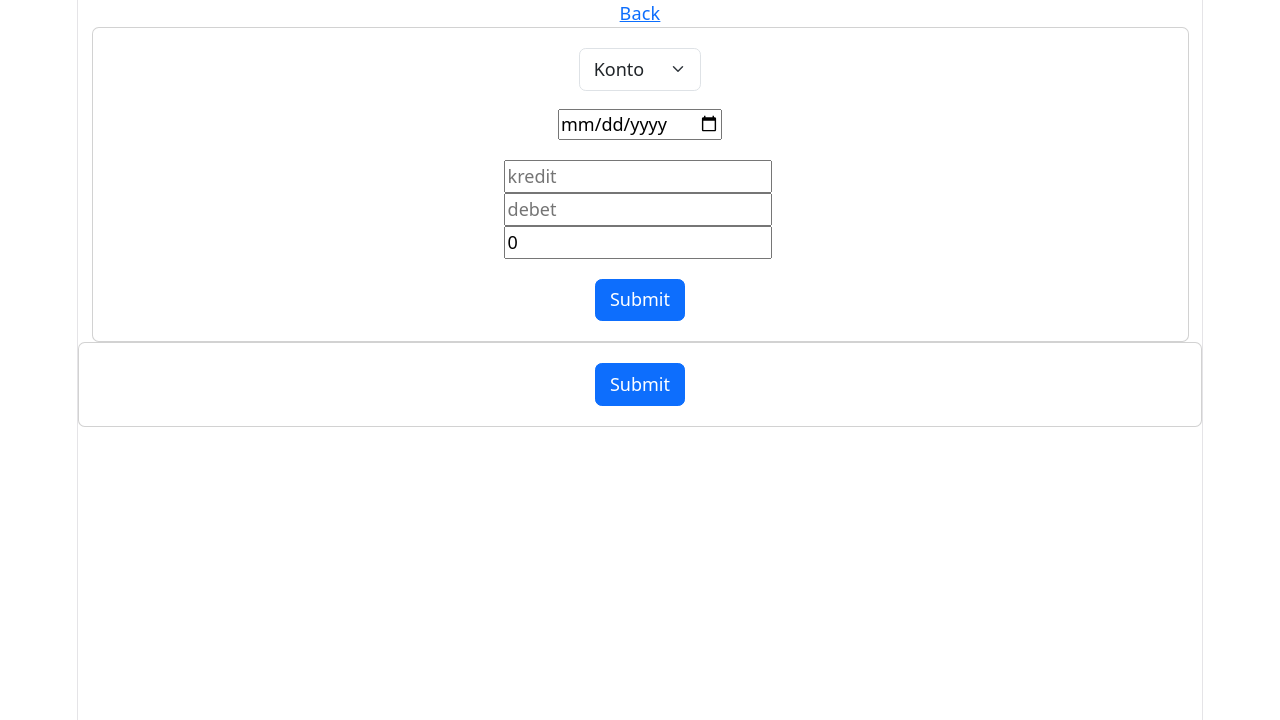
Repository: supply24/kidsaccount
Page: /action
These files come from the project's save history. The page is drawn as it stood at one moment and after the next save; the edit follows.
The browser window is 1280 px wide. The pictures show the whole page.
The page's requests for data from a server got no answer. The project was rebuilt for these pictures with package versions that can differ from the ones it lists, and the page was loaded fresh each time. No one was signed in, and anything a server would have sent is missing. Also part of the build but not shown: vite.config.js, src/App.css, src/App.jsx, src/Homing.jsx, src/Emilia.jsx, src/Alexander.jsx.

Above is the page before, as saved 2026-08-01 06:55:25.

### index.html
<!doctype html>
<html lang="en">
  <head>
    <meta charset="UTF-8" />
    <link rel="icon" type="image/svg+xml" href="/favicon.svg" />
    <meta name="viewport" content="width=device-width, initial-scale=1.0" />
    <title>accounter</title>
    <link
  rel="stylesheet"
  href="https://cdn.jsdelivr.net/npm/bootstrap@5.3.5/dist/css/bootstrap.min.css"
  integrity="sha384-SgOJa3DmI69IUzQ2PVdRZhwQ+dy64/BUtbMJw1MZ8t5HZApcHrRKUc4W0kG879m7"
  crossorigin="anonymous"
/>
  </head>
  <body>
    <div id="root"></div>
    <script type="module" src="/src/main.jsx"></script>
  </body>
</html>

### src/main.jsx
import { StrictMode } from 'react'
import { createRoot } from 'react-dom/client'
import { createBrowserRouter, RouterProvider } from 'react-router-dom'
import './index.css'
import App from './App.jsx'
import Homing from "./Homing.jsx"
import Actions from "./Actions.jsx"
import Emilia from "./Emilia.jsx"
import Alexander from "./Alexander.jsx"

const router = createBrowserRouter ([
{path:"/",
  element:<Homing/>
}  ,
{path:"/action",
  element:<Actions/>
},
{path:"/emlia",
  element:<Emilia/>
},
{path:"/alex",
  element:<Alexander/>
}
])

createRoot(document.getElementById('root')).render(
  <StrictMode>
    <RouterProvider router={router}/>
  </StrictMode>,
)

### src/index.css
:root {
  --text: #6b6375;
  --text-h: #08060d;
  --bg: #fff;
  --border: #e5e4e7;
  --code-bg: #f4f3ec;
  --accent: #aa3bff;
  --accent-bg: rgba(170, 59, 255, 0.1);
  --accent-border: rgba(170, 59, 255, 0.5);
  --social-bg: rgba(244, 243, 236, 0.5);
  --shadow:
    rgba(0, 0, 0, 0.1) 0 10px 15px -3px, rgba(0, 0, 0, 0.05) 0 4px 6px -2px;

  --sans: system-ui, 'Segoe UI', Roboto, sans-serif;
  --heading: system-ui, 'Segoe UI', Roboto, sans-serif;
  --mono: ui-monospace, Consolas, monospace;

  font: 18px/145% var(--sans);
  letter-spacing: 0.18px;
  color-scheme: light dark;
  color: var(--text);
  background: var(--bg);
  font-synthesis: none;
  text-rendering: optimizeLegibility;
  -webkit-font-smoothing: antialiased;
  -moz-osx-font-smoothing: grayscale;

  @media (max-width: 1024px) {
    font-size: 16px;
  }
}

@media (prefers-color-scheme: dark) {
  :root {
    --text: #9ca3af;
    --text-h: #f3f4f6;
    --bg: #16171d;
    --border: #2e303a;
    --code-bg: #1f2028;
    --accent: #c084fc;
    --accent-bg: rgba(192, 132, 252, 0.15);
    --accent-border: rgba(192, 132, 252, 0.5);
    --social-bg: rgba(47, 48, 58, 0.5);
    --shadow:
      rgba(0, 0, 0, 0.4) 0 10px 15px -3px, rgba(0, 0, 0, 0.25) 0 4px 6px -2px;
  }

  #social .button-icon {
    filter: invert(1) brightness(2);
  }
}

body {
  margin: 0;
}

#root {
  width: 1126px;
  max-width: 100%;
  margin: 0 auto;
  text-align: center;
  border-inline: 1px solid var(--border);
  min-height: 100svh;
  display: flex;
  flex-direction: column;
  box-sizing: border-box;
}

h1,
h2 {
  font-family: var(--heading);
  font-weight: 500;
  color: var(--text-h);
}

h1 {
  font-size: 56px;
  letter-spacing: -1.68px;
  margin: 32px 0;
  @media (max-width: 1024px) {
    font-size: 36px;
    margin: 20px 0;
  }
}
h2 {
  font-size: 24px;
  line-height: 118%;
  letter-spacing: -0.24px;
  margin: 0 0 8px;
  @media (max-width: 1024px) {
    font-size: 20px;
  }
}
p {
  margin: 0;
}

code,
.counter {
  font-family: var(--mono);
  display: inline-flex;
  border-radius: 4px;
  color: var(--text-h);
}

code {
  font-size: 15px;
  line-height: 135%;
  padding: 4px 8px;
  background: var(--code-bg);
}

### src/Actions.jsx
import React, {useEffect, useState} from 'react'
import {Col, Row, Button, Form, Container, Card} from "react-bootstrap"
import { createClient } from "@supabase/supabase-js"
import {supabase} from "./data/Export/Supabase.jsx"
import number from "./data/Export/Numbers.jsx"
import {Link} from "react-router-dom"

const Actions = () => {
  const [konto, setKonto]=useState("")
  const [numbers, setNumbers]=useState("")
  const [datetime, setDatetime]=useState("")
  const [kredit, setKredit]=useState("")
  const [debet, setDebet]=useState("")
  const [kontox, setKontox]=useState("0")
  const [accounter, setAccounter]=useState("")
  const [ setSumx ]=useState("0")

  const handleNumbers =(e)=>{
    setNumbers(e.target.value)
  }

  const handleDatetime=(e)=>{
    setDatetime(e.target.value)
      }

      const handleKredit = (e)=>{
        setKredit(e.target.value)
      }
      const handleDebet = (e)=>{
        setDebet(e.target.value)
      }

      const handleKontox = (e)=>{
        setKontox(e.target.value)
      }
      const handleSumx = (e)=>{
        setSumx(e.target.value)
      }


            const sumx = (debet) - (kredit)

      const payload= [{
    konto :{ kredit, debet, kontox, sumx}, datetime
               }]
      const handleSubmit=async(e)=>{
        e.preventDefault()
          const {data, error} = await supabase.from("Accounting").insert(payload);
          if(error)
            console.error("error yes", error)
            else{
              console.error("konto info", data)
      }}

      useEffect(()=>{
        getCounts()
      },[]
      )

      async function getCounts(){
        const {data, error} = await supabase.from("Accounting").select("*")
        setAccounter(data)
        console.log("konton hämtade", data ? data: "no fetch")
      }

      function Break () {
        return (
          <div style={{marginTop:"20px"}}></div>)
      }



  return (
    <div>
      <Link to="/">Back</Link>

        <Container>
          <Card>
            <Form onSubmit={handleSubmit}>
              <Col md={4} className="mx-auto" style={{marginTop:"20px"}}>

<Col align="center" md={4} className="mx-auto" style={{marginTop:"20px"}}>
<Form.Group className="mb-3" controlId="formBasicEmail">
  <Form.Select type ="dropdown" onChange={(e)=>setKontox(e.target.value)}>
    <option value={kontox}>Konto</option>
    {number.map((account)=>(
      <option key={account.id}>{account.kontox}</option>
    ))}
  </Form.Select>
</Form.Group>
</Col>
<input type="date" value={datetime} onChange={handleDatetime} /><Break/>
<input type="number" value={kredit} onChange={handleKredit} placeholder='kredit'/>&nbsp;
<input type="number" value={debet} onChange={handleDebet} placeholder='debet'/>&nbsp;
<input type="number" value={sumx} onChange={handleSumx} placeholder='sumx'/>&nbsp;
<Col align="center" md  ={4} className="mx-auto" style={{marginTop:"20px"}}>
  </Col>
  </Col>
  <Button type="submit" style={{marginBottom:20}}>Submit</Button>
</Form>
 </Card>
 </Container>
 <Row>
 <Container>
      <Card>
        <Form onSubmit={handleSubmit}>
          <Col md={4} className="mx-auto" style={{marginTop:"20px"}}>
          <Button type="submit" style={{marginBottom:20}}>Submit</Button>
</Col>
</Form>
      </Card>
    </Container>
  </Row>
          </div>
  )
}

export default Actions

### src/data/Export/Supabase.jsx
import React from "react";
import {createClient} from '@supabase/supabase-js'

/*
const supabaseUrl = 'https://rfzavnmxfanengjuapns.supabase.co'
//const supabaseKey = process.env.SUPABASE_KEY
const supabaseKey= "eyJhbGciOiJIUzI1NiIsInR5cCI6IkpXVCJ9.eyJpc3MiOiJzdXBhYmFzZSIsInJlZiI6InJmemF2bm14ZmFuZW5nanVhcG5zIiwicm9sZSI6ImFub24iLCJpYXQiOjE3ODQ3NzUzMzMsImV4cCI6MjEwMDM1MTMzM30.uY-HxfNB9RcQpFpu75w03NXVAMYMurzfTEnpVtIfYG8"
const supabase = createClient(supabaseUrl, supabaseKey)
*/

export const supabase = createClient(
    import.meta.env.VITE_SUPABASE_URL,
    import.meta.env.VITE_SUPABASE_PUBLISHABLE_DEFAULT_KEY
)

### src/data/Export/Numbers.jsx
const number = [
    {id:"101", kontox:"128", debet:"", kredit:""},
    {id:"201", kontox:"199",  debet:"", kredit:""},
       {id:"301", kontox:"112",  debet:"", kredit:""},
           {id:"501", kontox:"562",  debet:"", kredit:""}
]

export default number

After the next save:
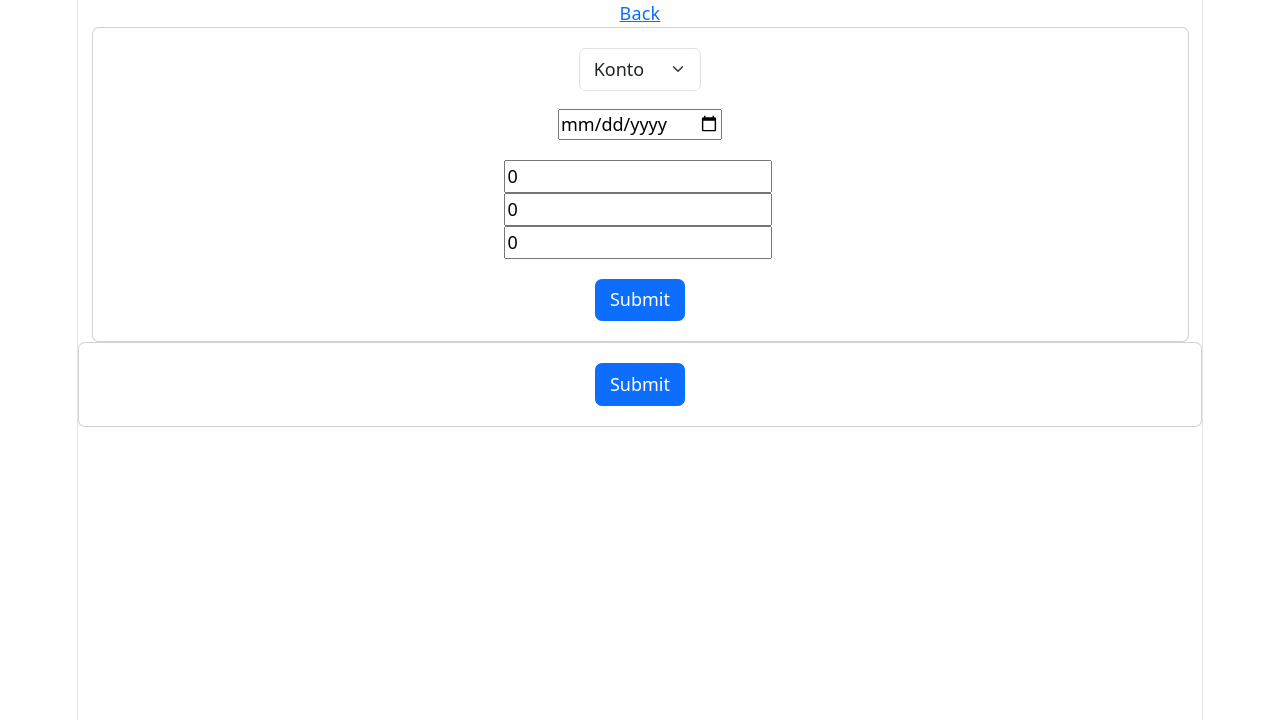
Saved 11 min 3 s later.
--- a/src/Actions.jsx
+++ b/src/Actions.jsx
@@ -9,11 +9,11 @@ const Actions = () => {
   const [konto, setKonto]=useState("")
   const [numbers, setNumbers]=useState("")
   const [datetime, setDatetime]=useState("")
-  const [kredit, setKredit]=useState("")
-  const [debet, setDebet]=useState("")
+  const [kredit, setKredit]=useState(0)
+  const [debet, setDebet]=useState(0)
   const [kontox, setKontox]=useState("0")
   const [accounter, setAccounter]=useState("")
-  const [ setSumx ]=useState("0")
+  const [ setSumx ]=useState("")
 
   const handleNumbers =(e)=>{
     setNumbers(e.target.value)
